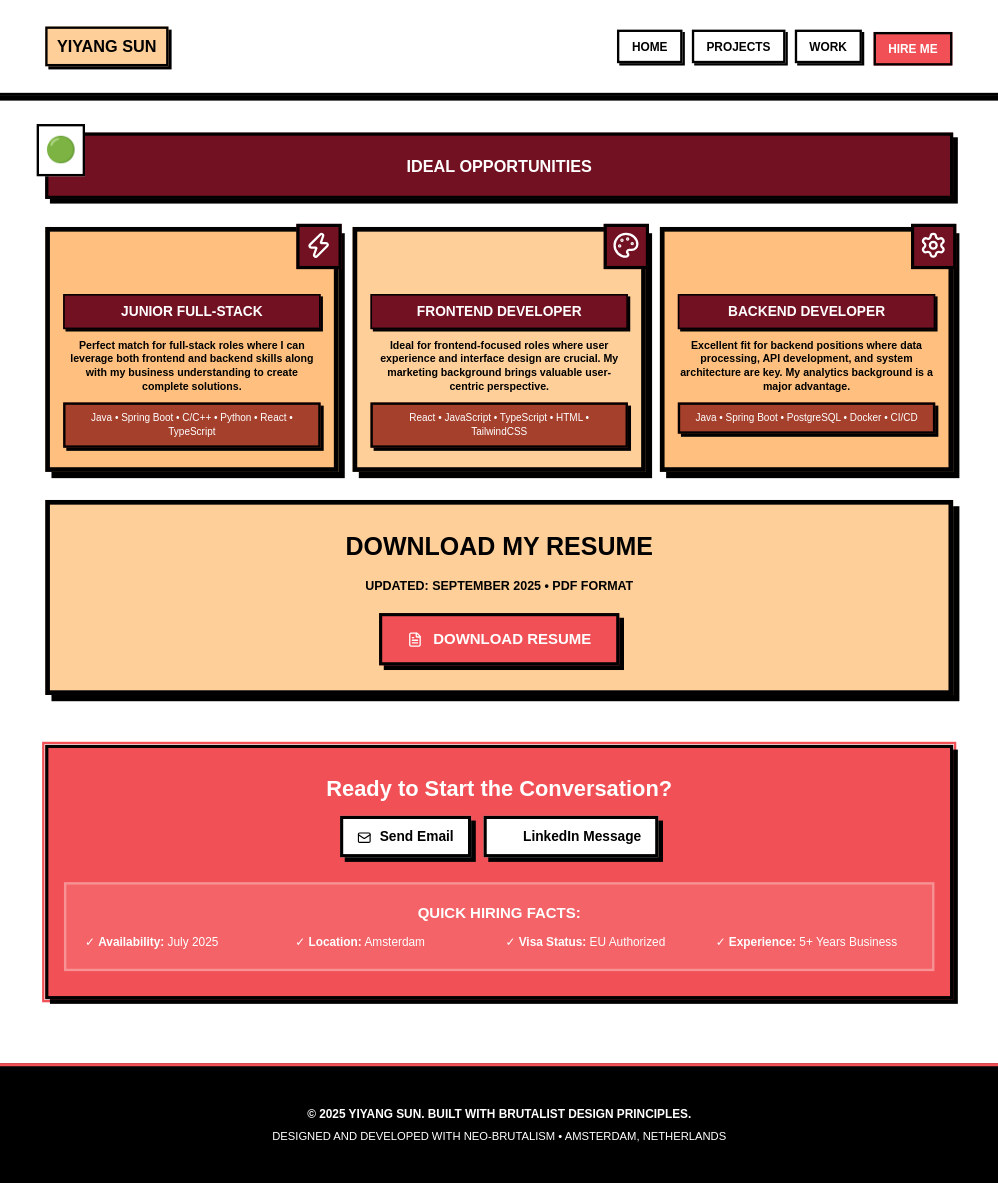
Repository: miloyiyangsun/yiyangsun.github.io
Page: .superdesign/design_iterations/yiyang_hireme_v2.html
The author's editor kept a copy of each file at every save. The page is drawn from the files as they stood at one save, then again after the next save.
The browser window is 1280 px wide. The pictures show the whole page, at 78% of full size.

Above is the page before, as saved 2025-09-03 21:27:57.

After the next save:
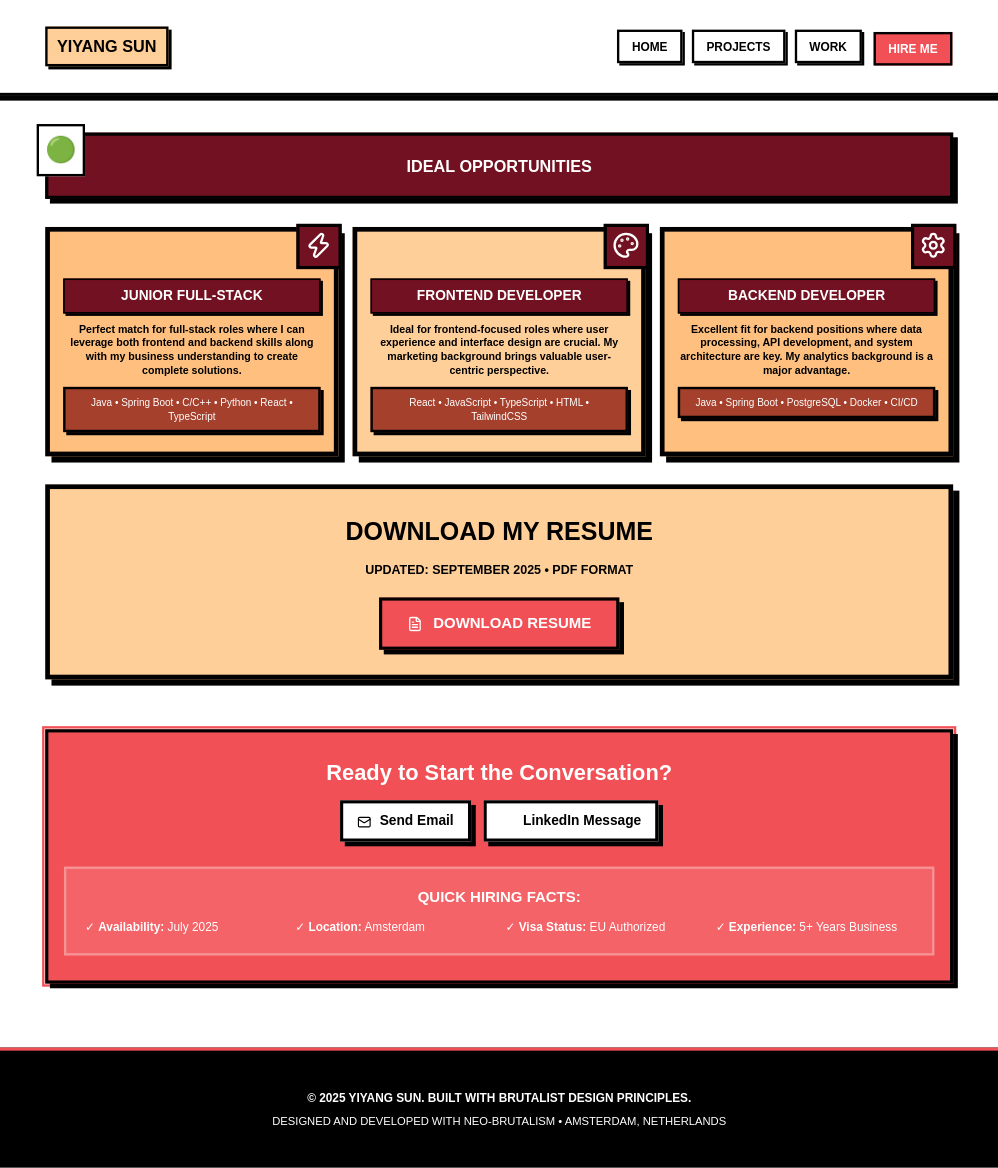
Saved 6 s later.
--- a/.superdesign/design_iterations/yiyang_hireme_v2.html
+++ b/.superdesign/design_iterations/yiyang_hireme_v2.html
@@ -114,7 +114,7 @@
         background: #ffffff;
         border: 6px solid #000000;
         padding: 17px 17px 17px 17px;
-        padding-top: 80px;
+        padding-top: 60px;
         box-shadow: 8px 8px 0 #000000;
         position: relative;
         text-align: center;
